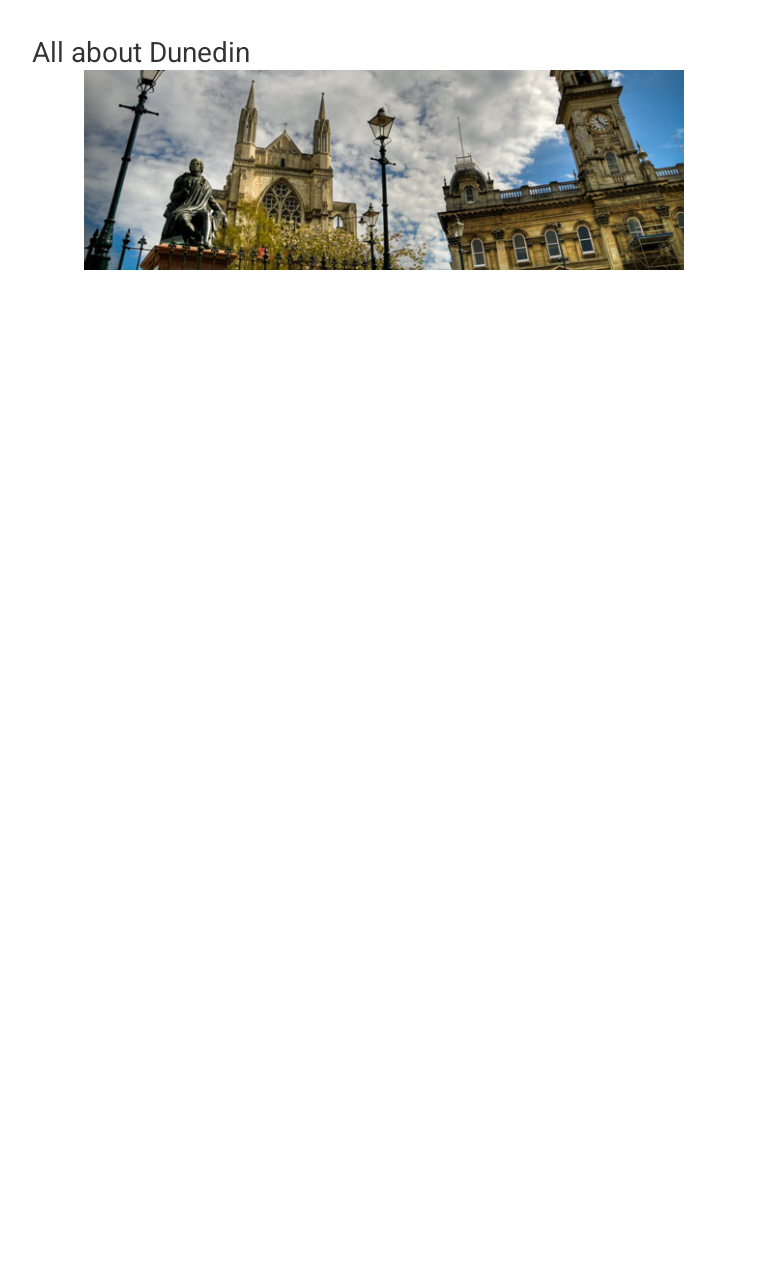
Repository: sam-stewart/in721
Layout: NavListView/res/layout/activity_main.xml
An editor plug-in stored every save of this project. The layout is shown before and after the next save, followed by the edit.
It is drawn on a 768 x 1280 px phone screen (xhdpi) without system bars, with theme AppTheme; the app's code is not run. Lists and similar views that code fills are empty.

Above is the layout before, as saved 2015-03-12 02:45:17.

After the next save:
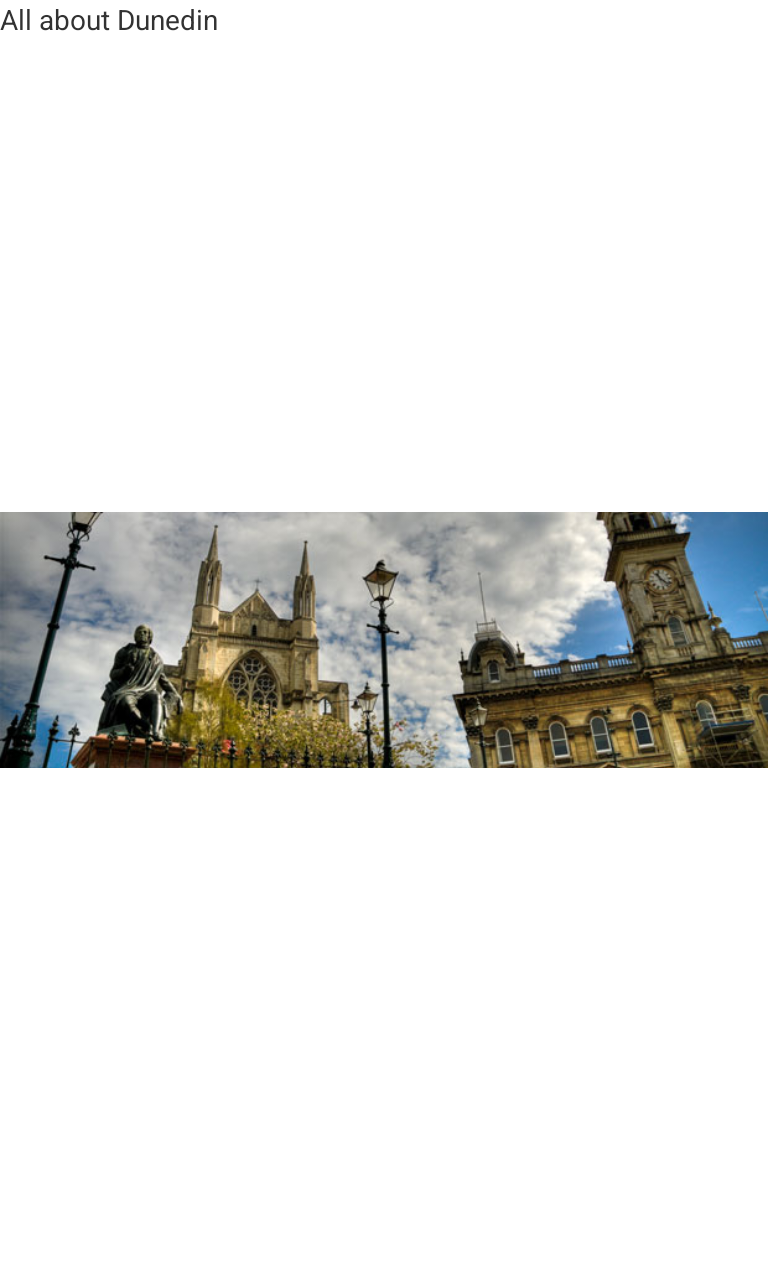
Saved 28 min 47 s later.
--- a/NavListView/res/layout/activity_main.xml
+++ b/NavListView/res/layout/activity_main.xml
@@ -1,12 +1,7 @@
-<RelativeLayout xmlns:android="http://schemas.android.com/apk/res/android"
-    xmlns:tools="http://schemas.android.com/tools"
+<android.support.v4.widget.DrawerLayout
+    xmlns:android="http://schemas.android.com/apk/res/android"
     android:layout_width="match_parent"
-    android:layout_height="match_parent"
-    android:paddingBottom="@dimen/activity_vertical_margin"
-    android:paddingLeft="@dimen/activity_horizontal_margin"
-    android:paddingRight="@dimen/activity_horizontal_margin"
-    android:paddingTop="@dimen/activity_vertical_margin"
-    tools:context="bit.stewasc3.navlistview.MainActivity" >
+    android:layout_height="match_parent" >
 
     <TextView
         android:id="@+id/textView"
@@ -28,4 +23,4 @@
         android:layout_height="wrap_content"
         android:layout_below="@+id/imageView1" />
 
-</RelativeLayout>
+</android.support.v4.widget.DrawerLayout>
